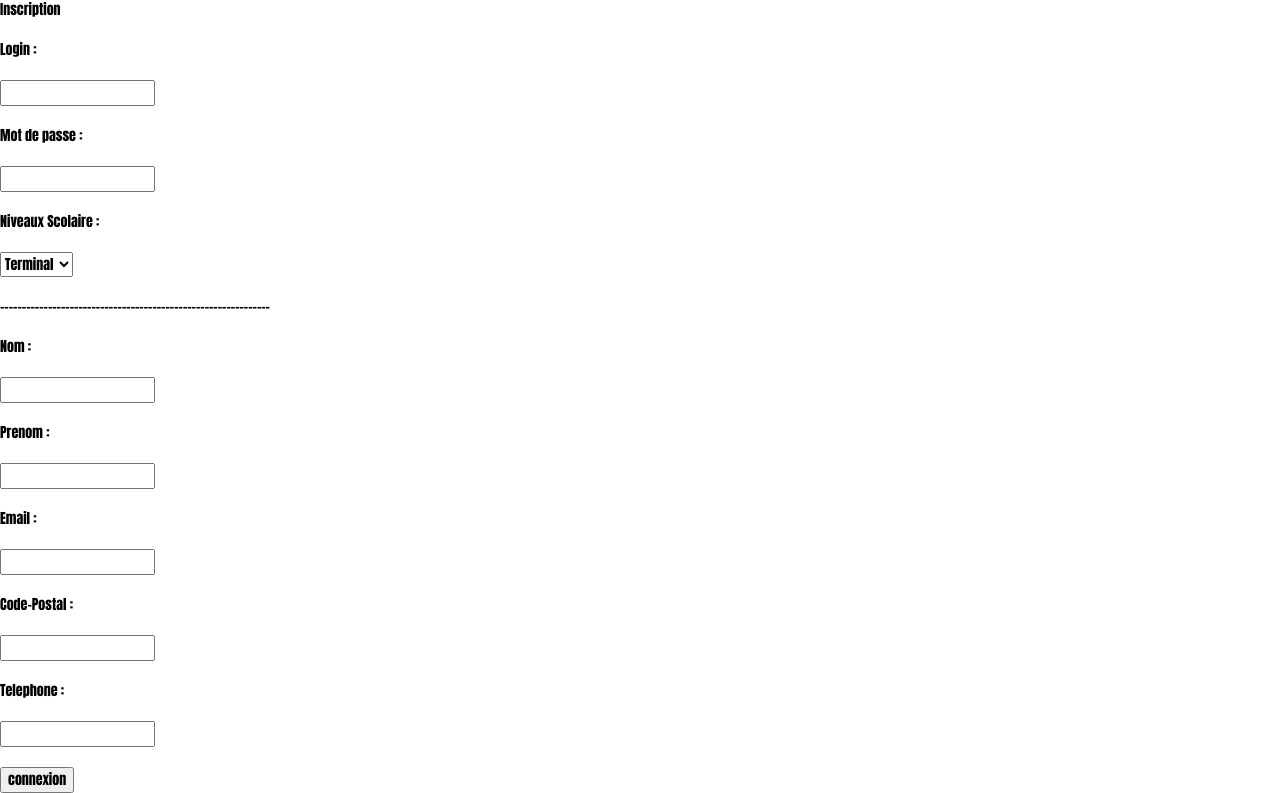
Repository: AntoAnt/WikiScolaire-
Page: http://localhost/InterfaceWikiScolair/Inscription.jsp
An editor plug-in stored every save of this project. The page is shown before and after the next save, followed by the edit.
The browser window is 1280 px wide. The pictures show the whole page.
Some web fonts or font styles are not loaded; a fallback is used. The page is served by Tomcat 9.

Above is the page before, as saved 2017-04-27 16:34:21.

After the next save:
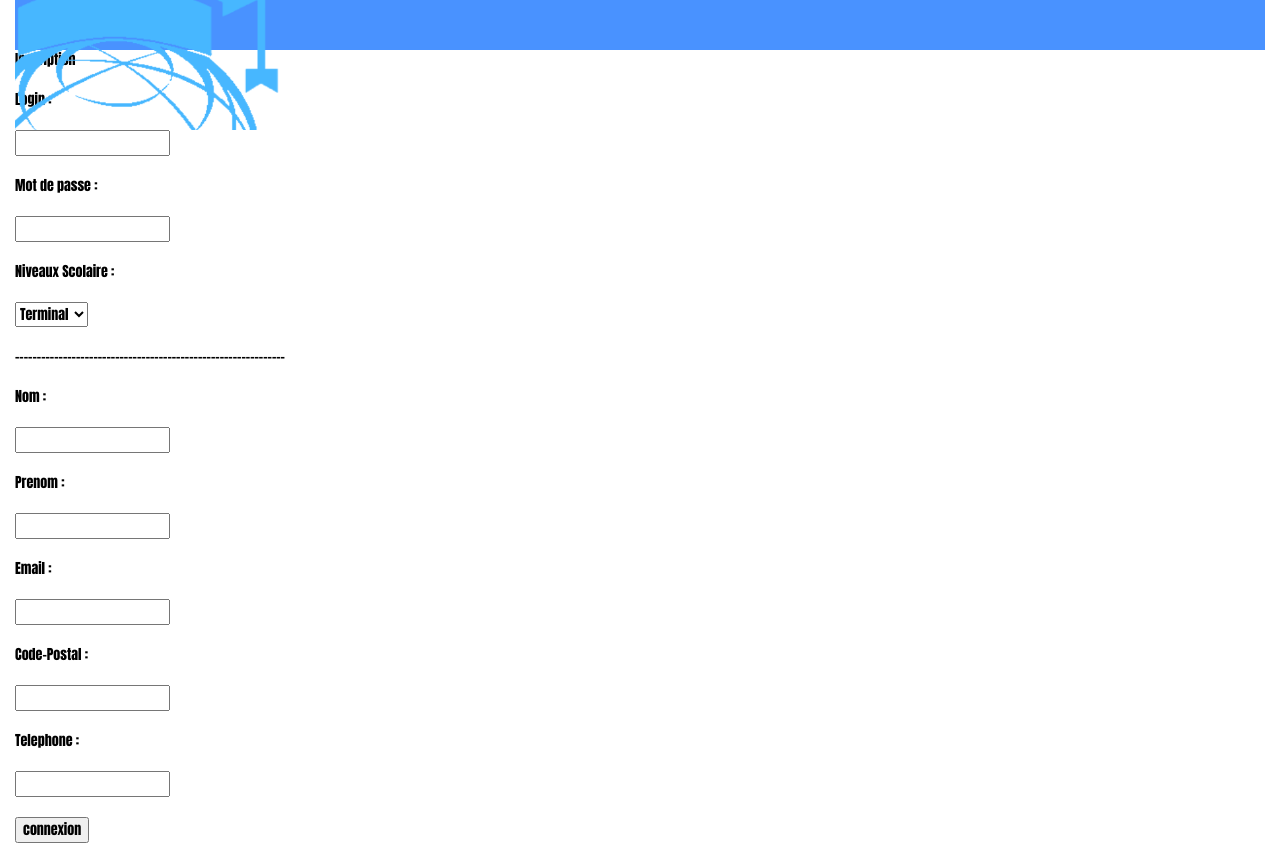
Saved 23 s later.
--- a/InterfaceWikiScolair/WebContent/Inscription.jsp
+++ b/InterfaceWikiScolair/WebContent/Inscription.jsp
@@ -14,6 +14,19 @@
 <title>Inscription</title>
 </head>
 <body>
+<div class="container-fluid">
+
+            <img src="/InterfaceWikiScolair/image/testelogo.png" class="superpose"/>
+
+            <!--Navbar-->
+            <nav class="bar">
+                <div class="container">
+                    <ul class="nav navbar-nav navbar-right">
+                        <li class="">
+						</li>
+                    </ul>
+                </div>
+            </nav>
 <form method="post" action="/InterfaceWikiScolair/ControleurPrincipal?idaction=Inscription">
 Inscription<br></br>
 Login :<br></br>
